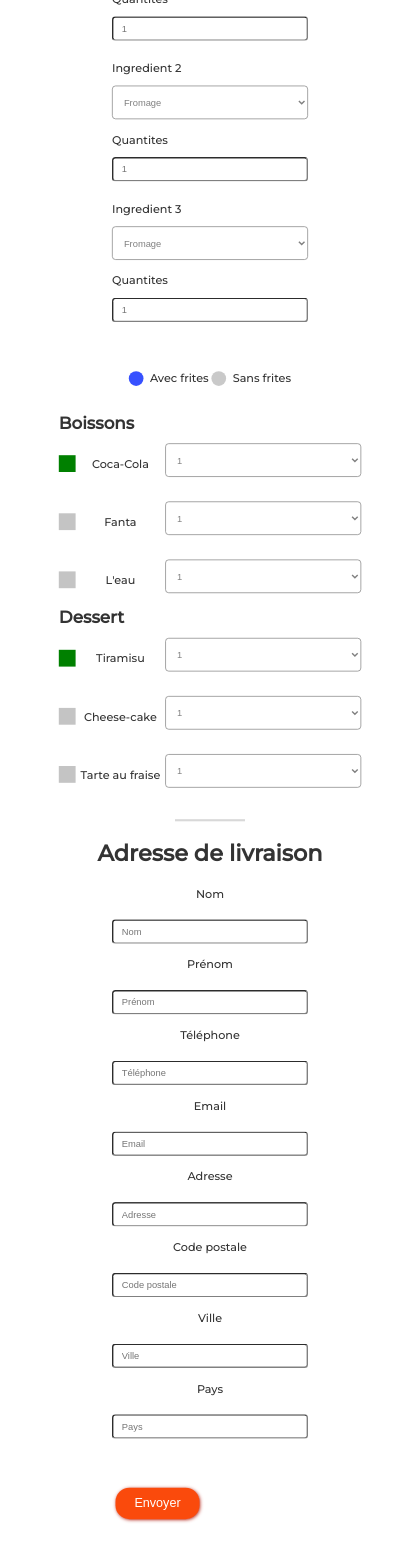
Repository: sisilass31/bella-olonje
Page: html/commande.html
The author's editor kept a copy of each file at every save. The page is drawn from the files as they stood at one save, then again after a run of saves.
The browser window is 600 px wide. The pictures show the part of the page from y = 1846 to 4086 px (the page is 4086 px tall before and 4026 px after), at 70% of full size.
Some web libraries are served in a nearby version.

Above is the page before, as saved 2023-02-15 09:56:26.

### html/commande.html
<!DOCTYPE html>
<html lang="fr">

<head>
  <meta charset="UTF-8">
  <meta http-equiv="X-UA-Compatible" content="IE=edge">
  <meta name="viewport" content="width=device-width, initial-scale=1.0">
  <link rel="stylesheet" href="https://pro.fontawesome.com/releases/v5.10.0/css/all.css">
  <link rel="stylesheet" href="../css/commande.css">
  <title>Votre commande</title>
</head>

<body>

  <header>
    <nav>
      <ul class='nav-bar'>
        <li class='logo'><a href='#'><img src="../img/logo.png" alt="jsp"></a></li>
        <input type='checkbox' id='check' />
        <span class="menu">
          <li><a href="acceuil.html" class="nav-link">Home</a></li>
          <li><a href="#pizza" class="nav-link">Pizzas</a></li>
          <li><a href="#burger" class="nav-link">Burgers</a></li>
          <li><a href="#salades" class="nav-link">Salades</a></li>
          <li><a href="contact.html" class="nav-link">Contact</a></li>
          <label for="check" class="close-menu"><i class="fas fa-times"></i></label>
        </span>
        <label for="check" class="open-menu"><i class="fas fa-bars"></i></label>
      </ul>
    </nav>

    <div class="food_app">
      <div class="title_food_app">
        <h3>Food app</h3>
        <strong>Chez Bella <br>chaque désir s'additionne.</strong>
      </div>
    </div>
  </header>

  <main>
    <div class="infos" id="form-infos">
      <form>
        <h1>Vos informations</h1>

        <div class="grp_infos">
          <div class="nom_prenom">
            <div class="label1">
              <label class="label_nom">Nom</label><br>
              <input type="text" placeholder="Nom">
            </div>
            <div class="label1">
              <label class="label_nom">Prénom</label><br>
              <input type="text" placeholder="Prénom">
            </div>
          </div>

          <div class="telephone_email">
            <div class="label1">
              <label class="label_nom">Téléphone</label><br>
              <input type="text" placeholder="Téléphone">
            </div>
            <div class="label1">
              <label class="label_nom">Email</label><br>
              <input type="text" placeholder="Email">
            </div>
          </div>
        </div>
      </form>
    </div>

    <hr>

    <div class="commande">
      <form>
        <h1>Votre commande</h1>
        <h3>Suppléments</h3>
        <div class="grp_suppliment">
          <div class="ingredient_quantite">
            <div class="fromage">
              <label>Ingredient</label><br>
              <select name="ingr" class="suppléments">
                <option value="fromage">Fromage</option>
                <option value="fromage">Fromage</option>
                <option value="fromage">Fromage</option>
                <option value="fromage">Fromage</option>
                <option value="fromage">Fromage</option>
                <option value="fromage">Fromage</option>
                <option value="fromage">Fromage</option>
              </select>
            </div>
            <div class="box">
              <label>Quantites</label><br>
              <input type="number" min="0" placeholder="1">
            </div>
          </div>

          <div class="ingredient_quantite">
            <div class="fromage">
              <label>Ingredient 1</label><br>
              <select name="ingr" class="suppléments">
                <option value="fromage">Fromage</option>
                <option value="fromage">Fromage</option>
                <option value="fromage">Fromage</option>
                <option value="fromage">Fromage</option>
                <option value="fromage">Fromage</option>
                <option value="fromage">Fromage</option>
                <option value="fromage">Fromage</option>
              </select>
            </div>
            <div class="box">
              <label>Quantites</label><br>
              <input type="number" min="0" placeholder="1">
            </div>
          </div>

          <div class="ingredient_quantite">
            <div class="fromage">
              <label>Ingredient 2</label><br>
              <select name="ingr" class="suppléments">
                <option value="fromage">Fromage</option>
                <option value="fromage">Fromage</option>
                <option value="fromage">Fromage</option>
                <option value="fromage">Fromage</option>
                <option value="fromage">Fromage</option>
                <option value="fromage">Fromage</option>
                <option value="fromage">Fromage</option>
              </select>
            </div>
            <div class="box">
              <label>Quantites</label><br>
              <input type="number" min="0" placeholder="1">
            </div>
          </div>

          <div class="ingredient_quantite">
            <div class="fromage">
              <label>Ingredient 3</label><br>
              <select name="ingr" class="suppléments">
                <option value="fromage">Fromage</option>
                <option value="fromage">Fromage</option>
                <option value="fromage">Fromage</option>
                <option value="fromage">Fromage</option>
                <option value="fromage">Fromage</option>
                <option value="fromage">Fromage</option>
                <option value="fromage">Fromage</option>
              </select>
            </div>
            <div class="box">
              <label>Quantites</label><br>
              <input type="number" min="0" placeholder="1">
            </div>
          </div>
        </div>


        <div class="check2">
          <label class="container">Avec frites
            <input type="radio" checked="checked" name="radio">
            <span class="checkmark"></span>
          </label>
          <label class="container">Sans frites
            <input type="radio" name="radio">
            <span class="checkmark"></span>
          </label>
        </div>


        <div class="all">
          <div class="content_of_boisson">
            <h2>Boissons</h2>
            <div class="boissons">
              <div class="carre"></div>
              <label>Coca-Cola</label>
              <select name="Fromage" class="Fromage" style="margin-top: 10px;">
                <option value="">1</option>
                <option value="">2</option>
                <option value="">3</option>
                <option value="">4</option>
              </select>
            </div>
            <div class="boissons">
              <div class="carre grey"></div>
              <label>Fanta</label>
              <select name="Fromage" class="Fromage" style="margin-top: 10px;">
                <option value="">1</option>
                <option value="">2</option>
                <option value="">3</option>
                <option value="">4</option>
              </select>
            </div>
            <div class="boissons">
              <div class="carre grey"></div>
              <label>L'eau</label>
              <select name="Fromage" class="Fromage" style="margin-top: 10px;">
                <option value="">1</option>
                <option value="">2</option>
                <option value="">3</option>
                <option value="">4</option>
              </select>
            </div>
          </div>

          <div class="content_of_dessert">
            <h2>Dessert</h2>
            <div class="boissons dessert">
              <div class="carre"></div>
              <label>Tiramisu</label>
              <select name="Fromage" class="Fromage" style="margin-top: 10px;">
                <option value="">1</option>
                <option value="">2</option>
                <option value="">3</option>
                <option value="">4</option>
              </select>
            </div>
            <div class="boissons dessert">
              <div class="carre grey"></div>
              <label>Cheese-cake</label>
              <select name="Fromage" class="Fromage" style="margin-top: 10px;">
                <option value="">1</option>
                <option value="">2</option>
                <option value="">3</option>
                <option value="">4</option>
              </select>
            </div>
            <div class="boissons dessert">
              <div class="carre grey"></div>
              <label>Tarte au fraise</label>
              <select name="Fromage" class="Fromage" style="margin-top: 10px;">
                <option value="">1</option>
                <option value="">2</option>
                <option value="">3</option>
                <option value="">4</option>
              </select>
            </div>
          </div>
        </div>

      </form>
    </div>

    <hr>

    <div class="livraison">
      <form>
        <h1>Adresse de livraison</h1>
        <div class="grp_infos">
          <div class="nom_prenom">
            <div class="label1">
              <label class="label_nom">Nom</label><br>
              <input type="text" placeholder="Nom">
            </div>
            <div class="label1">
              <label class="label_nom">Prénom</label><br>
              <input type="text" placeholder="Prénom">
            </div>
          </div>

          <div class="telephone_email">
            <div class="label1">
              <label class="label_nom">Téléphone</label><br>
              <input type="text" placeholder="Téléphone">
            </div>
            <div class="label1">
              <label class="label_nom">Email</label><br>
              <input type="text" placeholder="Email">
            </div>
          </div>
          <div class="nom_prenom">
            <div class="label1">
              <label class="label_nom">Adresse</label><br>
              <input type="text" placeholder="Adresse">
            </div>
            <div class="label1">
              <label class="label_nom">Code postale</label><br>
              <input type="text" placeholder="Code postale">
            </div>
          </div>

          <div class="telephone_email">
            <div class="label1">
              <label class="label_nom">Ville</label><br>
              <input type="text" placeholder="Ville">
            </div>
            <div class="label1">
              <label class="label_nom">Pays</label><br>
              <input type="text" placeholder="Pays">
            </div>
          </div>
        </div>
        <div class="div_button"><button class="button" type="button">Envoyer</button></div>
      </form>

    </div>
  </main>

</body>

### css/commande.css
@import url('https://fonts.googleapis.com/css2?family=Montserrat:wght@100;200;500&display=swap');

* {
    margin: 0px;
    padding: 0px;
    scroll-behavior: smooth;
    box-sizing: border-box;
}

html,
body {
    font-family: Montserrat, sans-serif;
    background-size: cover;
    background-position: center;
    height: 100vh;
    background-repeat: no-repeat;
    scroll-behavior: smooth;
}

/*navbar*/
.nav-bar {
    width: 100%;
    display: flex;
    justify-content: space-between;
    align-items: center;
    list-style: none;
    position: relative;
    background-color: #FFF;
    padding: 12px 20px;
}

.logo img {
    width: 150px;
}

.menu {
    display: flex;
}

.menu li {
    padding-left: 30px;
    padding-right: 55px;
}

.menu li a {
    display: inline-block;
    text-decoration: none;
    color: #333;
    text-align: center;
    position: relative;
}

.menu li a:hover {
    color: #FA4A0C;
}

.open-menu {
    position: absolute;
    color: #FA4A0C;
    cursor: pointer;
    font-size: 1.5rem;
    display: none;
}

.close-menu {
    position: absolute;
    color: #333;
    cursor: pointer;
    font-size: 1.5rem;
    display: none;
    padding: 10px;
}

.open-menu {
    top: 50%;
    right: 20px;
    transform: translateY(-50%);
}

.close-menu {
    top: 20px;
    right: 20px;
}

#check {
    display: none;
}

@media(max-width: 920px) {
    .menu {
        flex-direction: column;
        align-items: center;
        width: 60%;
        height: 100vh;
        position: fixed;
        top: 0;
        right: -100%;
        z-index: 100;
        background-color: #FA4A0C;
        transition: all 0.2s ease-in-out;
        padding-top: 100px;
    }

    .menu li {
        margin-top: 40px;
    }

    .menu li a {
        padding: 10px;
        color: #FFF;
    }

    .open-menu {
        display: block;
        padding-right: 25px;
        padding-top: 13px;
    }

    .close-menu {
        display: block;
        color: #FFF;
        padding-right: 25px;
        padding-top: 22px;
    }

    #check:checked~.menu {
        right: 0;
    }

    .menu li a:hover {
        color: #333;
    }

    .nav-link {
        font-family: Montserrat;
        letter-spacing: .8px;
    }
}

/*navbar*/


/*food_app*/
.title_food_app {
    padding-top: 50px;
}

.food_app {
    background-image: url(../img/food_app.png);
    min-height: 90vh;
    background-repeat: no-repeat;
    background-position: center;
    background-size: cover;
}

.title_food_app h3 {
    font-family: 'Montserrat';
    font-style: normal;
    font-weight: 550;
    font-size: 24px;
    line-height: 36px;
    text-align: center;
    letter-spacing: 0.1px;
    color: #F7F7F7;
    padding-top: 50px;
}

.title_food_app {

    font-family: Montserrat;
    font-style: normal;
    font-weight: 600;
    font-size: 58px;
    line-height: 80px;
    text-align: center;
    letter-spacing: 0.2px;
    color: #FFFFFF;
}

.title_pizza {
    display: flex;
    justify-content: center;
    color: #000000;
}

/*food_app*/


/*infos*/


.ingredient_quantite {
    display: flex;
    flex-direction: row;
    justify-content: flex-start;
    gap: 20%;
    margin-bottom: 10px;
}


main {
    color: #333333;
}

.label1 input {
    width: 280px;
    height: 35px;
    margin-bottom: 20px;
    margin-top: 8px;
    padding: 5px 12px;
    color: grey;
    border-radius: 5px;
    border-color: gray;
}


.infos h1 {
    padding-top: 50px;
    padding-bottom: 30px;
    margin-left: 65px;
}

hr {
    height: 3px;
    background-color: #d8d8d8;
    border: none;
    margin: 25px 250px 25px;
}

.nom_prenom {
    display: flex;
    justify-content: space-between;
    padding: 0px 600px 28px 65px;
}

.telephone_email {
    display: flex;
    justify-content: space-between;
    padding: 0px 600px 28px 65px;
}

/*infos*/

/*livraison*/

.livraison h1 {
    margin-left: 65px;
    padding-top: 30px;
    padding-bottom: 50px;
}

/*livraison*/

/*commande*/
.suppléments {
    width: 280px;
    height: 48px;
    margin-bottom: 20px;
    margin-top: 15px;
    padding: 5px 12px;
    color: grey;
    border-radius: 5px;
    border-color: gray;
    background-color: #FFFFFF;
}


.commande {
    margin-left: 65px;
}

.commande h1 {
    padding-top: 30px;
}

.commande h3 {
    padding-top: 50px;
    padding-bottom: 42px;
}

.box input {
    width: 280px;
    height: 35px;
    margin-bottom: 20px;
    margin-top: 15px;
    padding: 5px 12px;
    color: grey;
    border-radius: 5px;
    border-color: gray;
}

.boissons_dessert {
    display: flex;
    flex-direction: row;
}

/*commande*/


.div_button {
    padding: 50px 150px 70px 0px;
    display: flex;
    justify-content: flex-end;
}

button {
    border: 0;
    line-height: 2.5;
    width: 120px;
    padding: 0 18px;
    font-size: 18px;
    text-align: center;
    color: #fff;
    border-radius: 20px;
    background-color: #FA4A0C;
    box-shadow: 1px 1px 5px #B73227;
}


/*dessert et boissons*/

.avec,
.sans {
    display: flex;
    flex-direction: row;
    justify-content: space-around;
    width: 150px;
    height: 40px;
    align-items: center;
}

.sans_f {
    padding-top: 39px;
    padding-left: 50px;
}

.avec_f {
    padding-left: 10px;
}



.boissons {
    display: flex;
    align-items: center;
    justify-content: space-between;
    width: 31rem;
    padding-top: 5px;
}

.carre {
    width: 24px;
    height: 24px;
    background-color: green;
}

.carre.grey {
    background-color: #C4C4C4;
}

.all {
    display: flex;
}

.content_of_dessert {
    margin-left: 186px;
}

.Fromage {
    padding: 7px;
    border-radius: 5px;
    width: 280px;
    height: 48px;
    margin-bottom: 20px;
    margin-top: 8px;
    padding: 5px 12px;
    color: grey;
    border-radius: 5px;
    border-color: gray;
    background-color: #FFFFFF;
}

/*dessert et boissons*/


/*checkbox*/
.check2 {
    padding-top: 40px;
    padding-bottom: 40px;
}

.container {
    position: relative;
    cursor: pointer;
    font-size: 16px;
    padding-left: 30px;
}

.container input {
    position: absolute;
    opacity: 0;
    cursor: pointer;
}

.checkmark {
    position: absolute;
    top: 0;
    left: 0;
    height: 21px;
    width: 21px;
    background-color: rgba(176, 176, 176, 0.677);
    border-radius: 50%;
}


.container input:checked~.checkmark {
    background-color: #3751FF;
}

.checkmark:after {
    position: absolute;
    display: none;
}

.container input:checked~.checkmark:after {
    display: block;
}

.container .checkmark:after {
    top: 9px;
    left: 9px;
    width: 8px;
    background: white;
}

/*checkbox*/

/*responsive*/
@media (max-width:767px) {
    .grp_infos {
        display: flex;
        flex-direction: column;
        justify-content: center;
        margin-top: 5%;
    }

    .label1 {
        margin: 0;
        display: flex;
        justify-content: center;
        align-items: center;
        flex-direction: column;
    }

    .suppléments {
        width: 280px;
    }

    .box input {
        width: 280px;
    }

    .infos h1 {
        padding: 50px;
        margin: 0;
        display: flex;
        justify-content: center;
    }

    .livraison h1 {
        padding: 0;
        margin: 0;
        display: flex;
        justify-content: center;
    }

    .nom_prenom {
        justify-content: center;
        padding: 0;
        flex-direction: column;
    }

    .telephone_email {
        justify-content: center;
        padding: 0;
        flex-direction: column;
    }

    .content_of_dessert {
        margin-left: 0px;
    }

    .all {
        display: flex;
        flex-direction: column;
        margin: 0;
    }

    form {
        display: flex;
        justify-content: center;
        align-items: center;
        flex-direction: column;
    }

    .commande h1 {
        padding-top: 0;
        display: flex;
        justify-content: center;
    }

    .commande {
        margin-left: 0;
        display: flex;
        justify-content: center;
    }

    .ingredient_quantite {
        flex-direction: column;
    }

    .infos h1 {
        padding: 5%;
        padding-bottom: 0px;
    }

    .boissons {
        width: 27rem;
    }
}

/* Ipad Mini to ipad */
@media screen and (min-width:768px) and (max-width:991px) {
    .grp_infos {
        display: flex;
        flex-direction: column;
        justify-content: center;
        margin-top: 5%;
    }

    .label1 {
        margin-left: 5%;
    }

    .infos h1 {
        padding: 50px;
        margin: 0;
        display: flex;
        justify-content: center;
    }

    .livraison h1 {
        padding: 0;
        margin: 0;
        display: flex;
        justify-content: center;
    }

    .nom_prenom {
        justify-content: center;
        padding: 0;
    }

    .telephone_email {
        justify-content: center;
        padding: 0;
    }

    .content_of_dessert {
        margin-left: 0px;
    }

    .all {
        display: flex;
        flex-direction: column;
        margin: 0;
    }

    form {
        display: flex;
        flex-direction: column;
    }

    .commande h1 {
        padding-top: 0;
        display: flex;
        justify-content: center;
    }

    .commande {
        margin-left: 0;
        display: flex;
        justify-content: center;
    }

    .ingredient_quantite {
        flex-direction: column;
    }

    .suppléments {
        width: 500px;
    }

    .box input {
        width: 500px;
    }

    .infos h1 {
        padding: 5%;
        padding-bottom: 0px;
    }

}

/* Ipad et Mini Ordi */
@media screen and (min-width:992px) and (max-width:1199px) {}

/*responsive*/

After the next 3 saves:
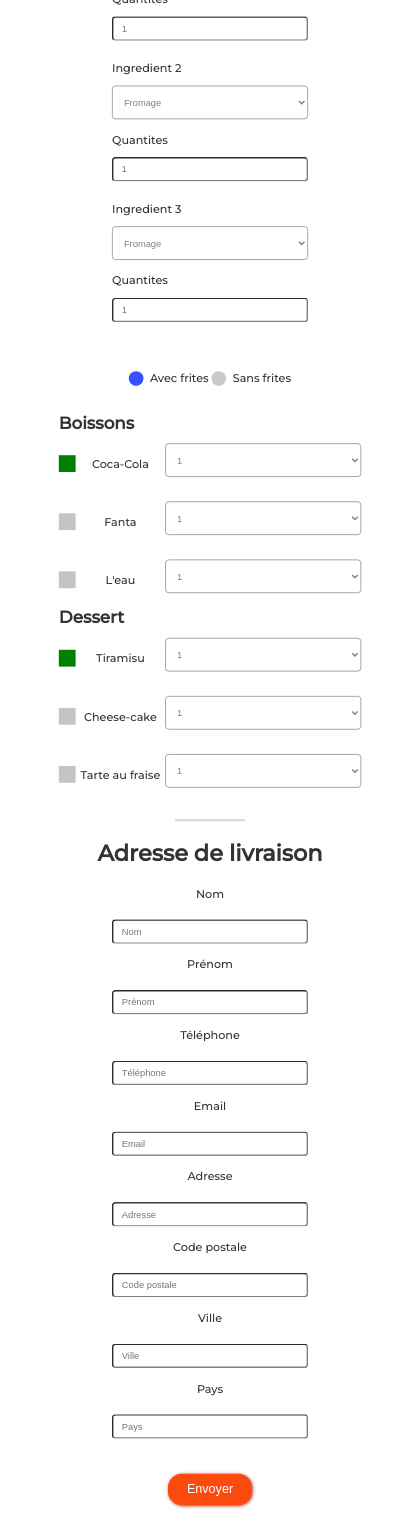
The 3 saves are shown as one change because they came seconds apart.
The last was saved 51 s later.
--- a/css/commande.css
+++ b/css/commande.css
@@ -527,6 +527,10 @@ button {
     .boissons {
         width: 27rem;
     }
+
+    .div_button {
+        padding: 30px;
+    }
 }
 
 /* Ipad Mini to ipad */
